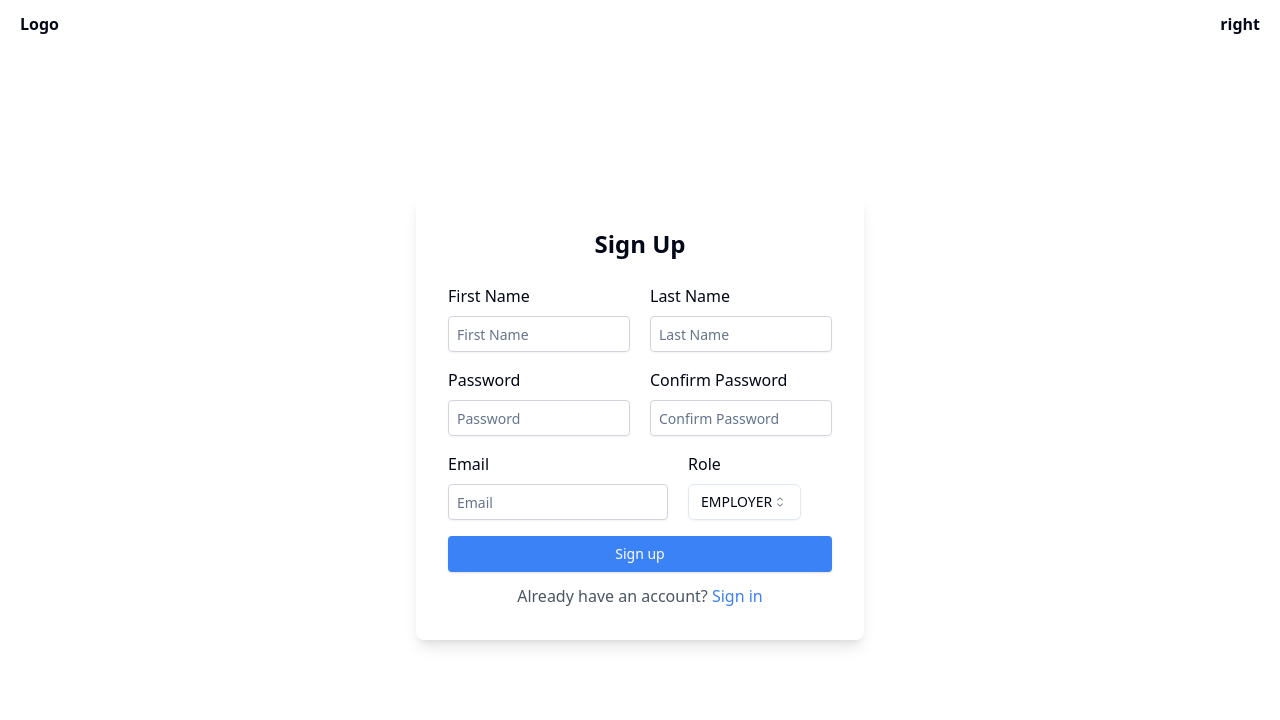
Repository: hisreal123/globalpath_fe
Page: /auth/signup
These files come from the project's save history. The page is drawn as it stood at one moment and after the next save; the edit follows.
The browser window is 1280 px wide. The pictures show the whole page.
The project was rebuilt for these pictures with package versions that can differ from the ones it lists, and the page was loaded fresh each time. Also part of the build but not shown: vite.config.ts, src/components/pages/HomeComponent.tsx, src/pages/Home.tsx, src/pages/Error.tsx, src/pages/About.tsx, src/pages/Blog.tsx, src/pages/Find_jobs.tsx, src/components/Header.tsx and 2 more.

Above is the page before, as saved 2024-10-11 16:55:45.

After the next save:
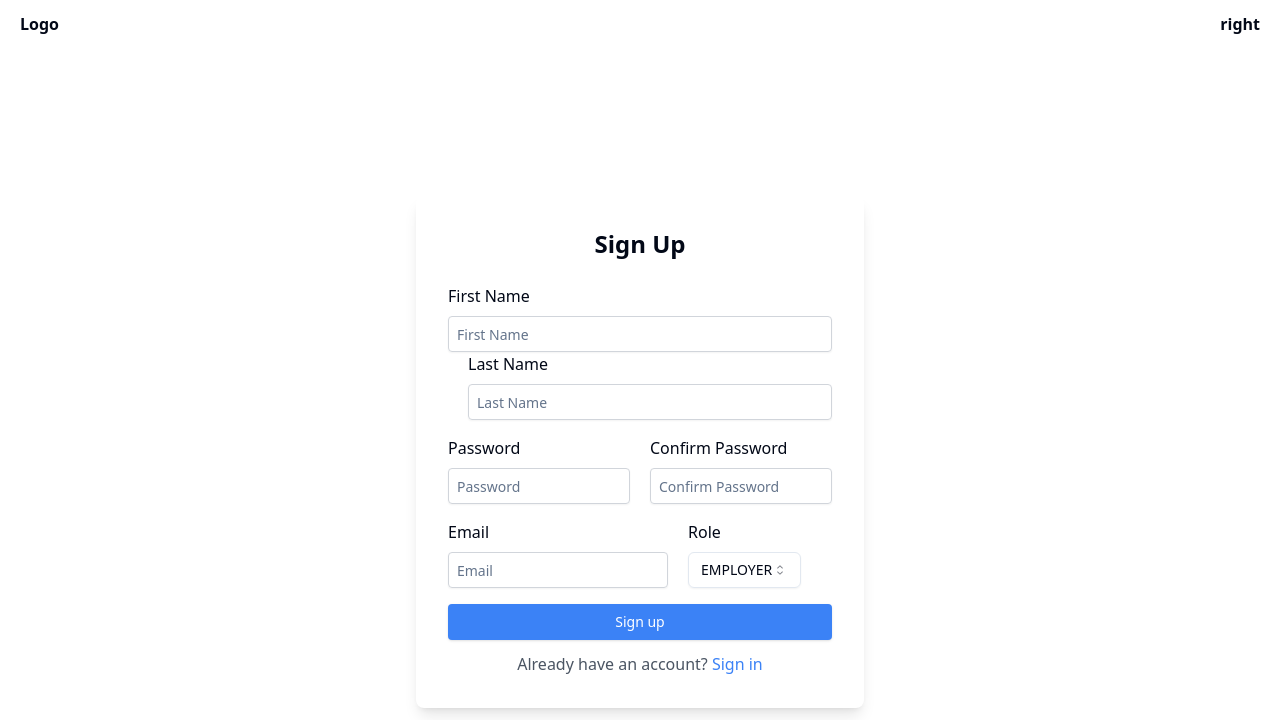
Saved 53 s later.
--- a/src/components/pages/auth/SignupComponent.tsx
+++ b/src/components/pages/auth/SignupComponent.tsx
@@ -68,7 +68,7 @@
         <h2 className="text-2xl font-bold mb-6 text-center">Sign Up</h2>
         <Form {...form}>
           <form onSubmit={form.handleSubmit(onSubmit)} className="space-y-4">
-            <div className="flex space-x-5">
+            <div className="grid space-x-5">
               {/* First Name Field */}
               <FormField
                 control={form.control}

After the 3 saves that followed:
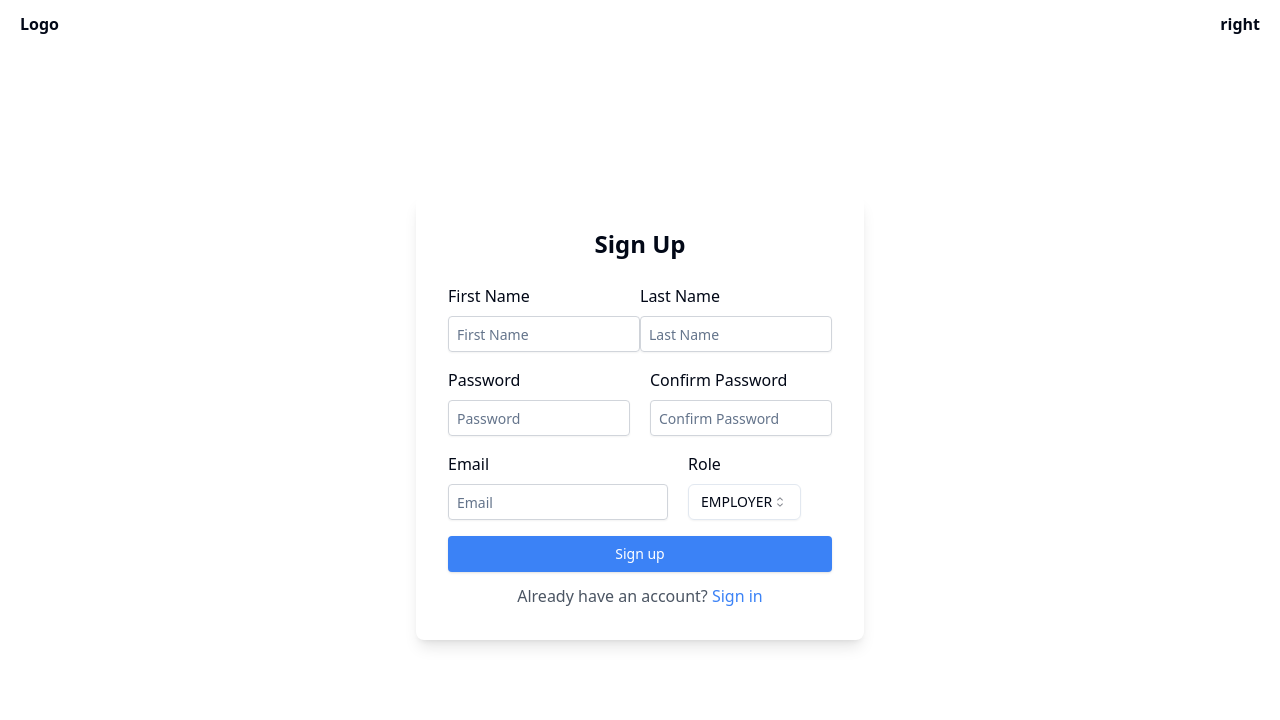
The 3 saves are shown as one change because they came seconds apart.
The last was saved 16 s later.
--- a/src/components/pages/auth/SignupComponent.tsx
+++ b/src/components/pages/auth/SignupComponent.tsx
@@ -68,7 +68,7 @@
         <h2 className="text-2xl font-bold mb-6 text-center">Sign Up</h2>
         <Form {...form}>
           <form onSubmit={form.handleSubmit(onSubmit)} className="space-y-4">
-            <div className="grid space-x-5">
+            <div className="grid grid-cols-2 ">
               {/* First Name Field */}
               <FormField
                 control={form.control}
